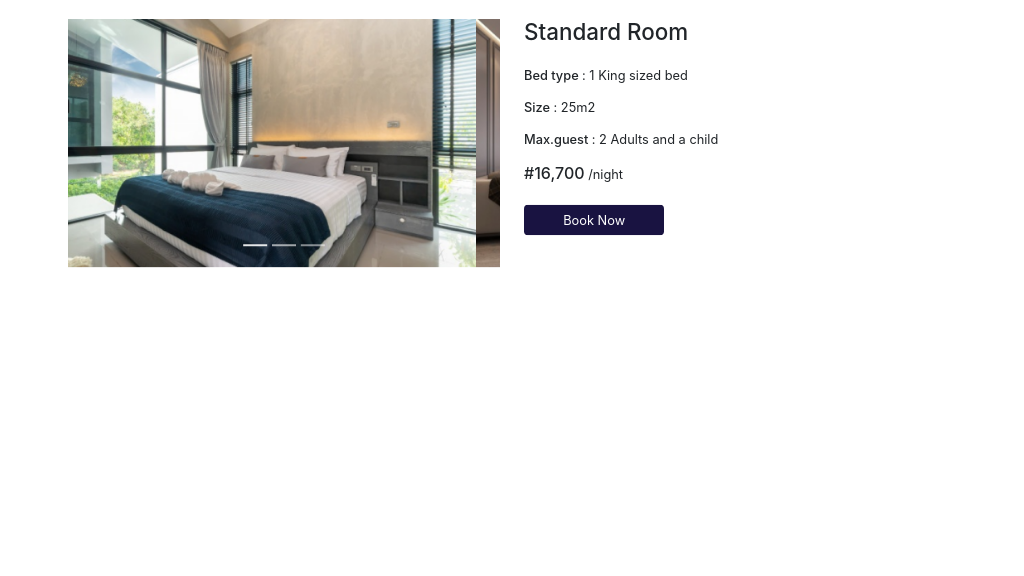
Repository: Syfon01/hotel-website
Page: room.html
The author's editor kept a copy of each file at every save. The page is drawn from the files as they stood at one save, then again after a run of saves.
The browser window is 1280 px wide. The pictures show the whole page, at 80% of full size.

Above is the page before, as saved 2020-06-08 15:48:24.

After the next 5 saves:
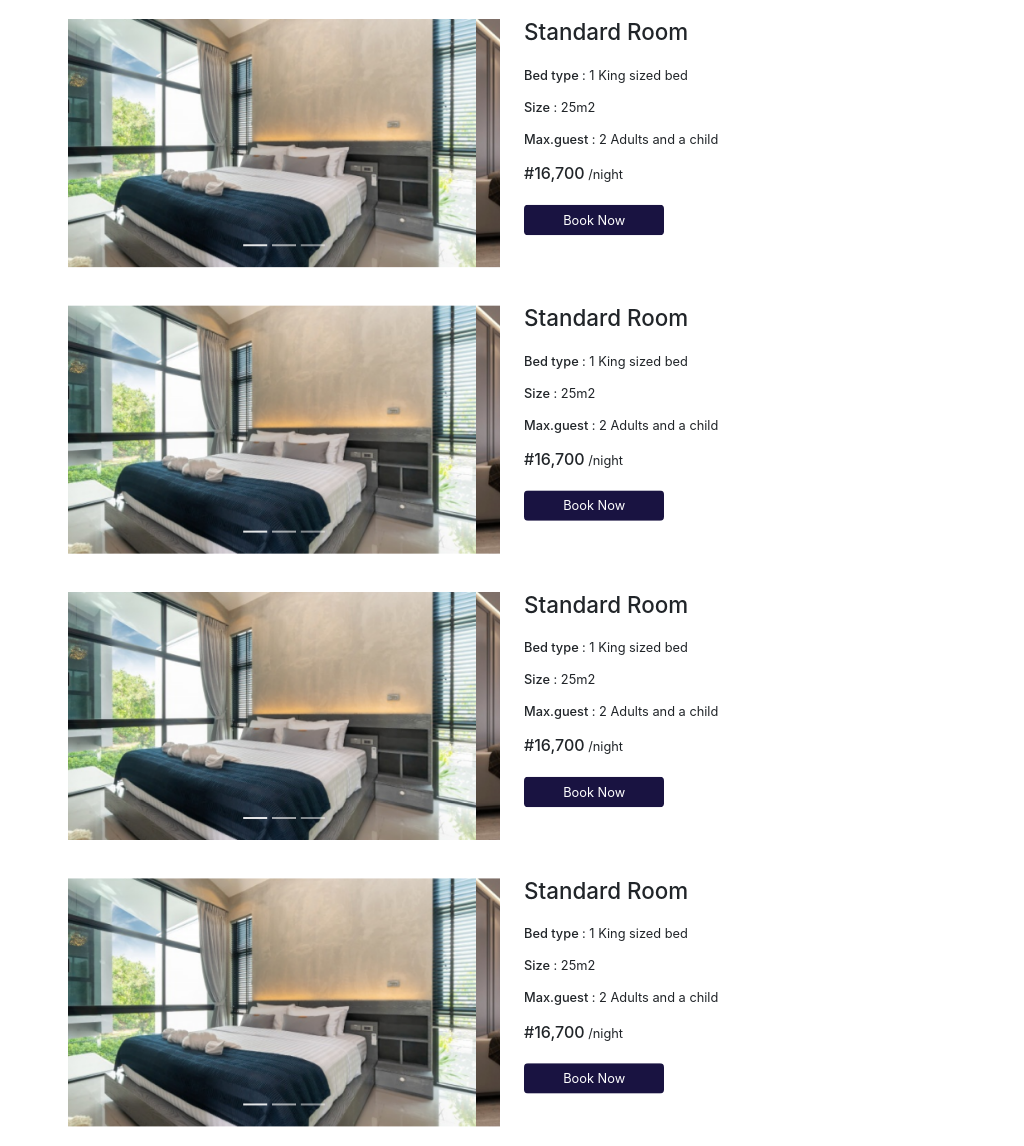
The 5 saves are shown as one change because they came seconds apart.
The last was saved 46 s later.
--- a/room.html
+++ b/room.html
@@ -43,6 +43,102 @@
             <button class="btn btn-purple px-5">Book Now</button>
           </div>
         </div>
+
+        <div class="row py-4">
+          <div class="col-md-6 col-lg-6 col-12 col-sm-12">
+            <div id="carouselExampleIndicators" class="carousel slide" data-ride="carousel">
+              <ol class="carousel-indicators">
+                <li data-target="#carouselExampleIndicators" data-slide-to="0" class="active"></li>
+                <li data-target="#carouselExampleIndicators" data-slide-to="1"></li>
+                <li data-target="#carouselExampleIndicators" data-slide-to="2"></li>
+              </ol>
+              <div class="carousel-inner">
+                <div class="carousel-item active">
+                  <img src="./img/hotel1.png" class="d-block w-100 h-50 img-fluid" alt="...">
+                </div>
+                <div class="carousel-item">
+                  <img src="./img/hotel2.png" class="d-block w-100 img-fluid" alt="...">
+                </div>
+                <div class="carousel-item">
+                  <img src="./img/hotel3.png" class="d-block w-100 img-fluid" alt="...">
+                </div>
+              </div>
+
+            </div>
+          </div>
+          <div class="col-md-6 col-lg-6 col-12 col-sm-12">
+            <h3 class="text-purple mb-4">Standard Room</h3>
+            <p class="text-purple"><span class="p-font-weight">Bed type </span>: 1 King sized bed</p>
+            <p class="text-purple"><span class="p-font-weight">Size</span> : 25m2</p>
+            <p class="text-purple"><span class="p-font-weight">Max.guest </span>: 2 Adults and a child</p>
+            <p class="text-purple mb-4"><span class="p-font-weight p-20">#16,700</span> /night</p>
+            <button class="btn btn-purple px-5">Book Now</button>
+          </div>
+        </div>
+
+        <div class="row py-4">
+          <div class="col-md-6 col-lg-6 col-12 col-sm-12">
+            <div id="carouselExampleIndicators" class="carousel slide" data-ride="carousel">
+              <ol class="carousel-indicators">
+                <li data-target="#carouselExampleIndicators" data-slide-to="0" class="active"></li>
+                <li data-target="#carouselExampleIndicators" data-slide-to="1"></li>
+                <li data-target="#carouselExampleIndicators" data-slide-to="2"></li>
+              </ol>
+              <div class="carousel-inner">
+                <div class="carousel-item active">
+                  <img src="./img/hotel1.png" class="d-block w-100 h-50 img-fluid" alt="...">
+                </div>
+                <div class="carousel-item">
+                  <img src="./img/hotel2.png" class="d-block w-100 img-fluid" alt="...">
+                </div>
+                <div class="carousel-item">
+                  <img src="./img/hotel3.png" class="d-block w-100 img-fluid" alt="...">
+                </div>
+              </div>
+
+            </div>
+          </div>
+          <div class="col-md-6 col-lg-6 col-12 col-sm-12">
+            <h3 class="text-purple mb-4">Standard Room</h3>
+            <p class="text-purple"><span class="p-font-weight">Bed type </span>: 1 King sized bed</p>
+            <p class="text-purple"><span class="p-font-weight">Size</span> : 25m2</p>
+            <p class="text-purple"><span class="p-font-weight">Max.guest </span>: 2 Adults and a child</p>
+            <p class="text-purple mb-4"><span class="p-font-weight p-20">#16,700</span> /night</p>
+            <button class="btn btn-purple px-5">Book Now</button>
+          </div>
+        </div>
+
+        <div class="row py-4">
+          <div class="col-md-6 col-lg-6 col-12 col-sm-12">
+            <div id="carouselExampleIndicators" class="carousel slide" data-ride="carousel">
+              <ol class="carousel-indicators">
+                <li data-target="#carouselExampleIndicators" data-slide-to="0" class="active"></li>
+                <li data-target="#carouselExampleIndicators" data-slide-to="1"></li>
+                <li data-target="#carouselExampleIndicators" data-slide-to="2"></li>
+              </ol>
+              <div class="carousel-inner">
+                <div class="carousel-item active">
+                  <img src="./img/hotel1.png" class="d-block w-100 h-50 img-fluid" alt="...">
+                </div>
+                <div class="carousel-item">
+                  <img src="./img/hotel2.png" class="d-block w-100 img-fluid" alt="...">
+                </div>
+                <div class="carousel-item">
+                  <img src="./img/hotel3.png" class="d-block w-100 img-fluid" alt="...">
+                </div>
+              </div>
+
+            </div>
+          </div>
+          <div class="col-md-6 col-lg-6 col-12 col-sm-12">
+            <h3 class="text-purple mb-4">Standard Room</h3>
+            <p class="text-purple"><span class="p-font-weight">Bed type </span>: 1 King sized bed</p>
+            <p class="text-purple"><span class="p-font-weight">Size</span> : 25m2</p>
+            <p class="text-purple"><span class="p-font-weight">Max.guest </span>: 2 Adults and a child</p>
+            <p class="text-purple mb-4"><span class="p-font-weight p-20">#16,700</span> /night</p>
+            <button class="btn btn-purple px-5">Book Now</button>
+          </div>
+        </div>
       </div>
     <!-- Optional JavaScript -->
     <!-- jQuery first, then Popper.js, then Bootstrap JS -->
